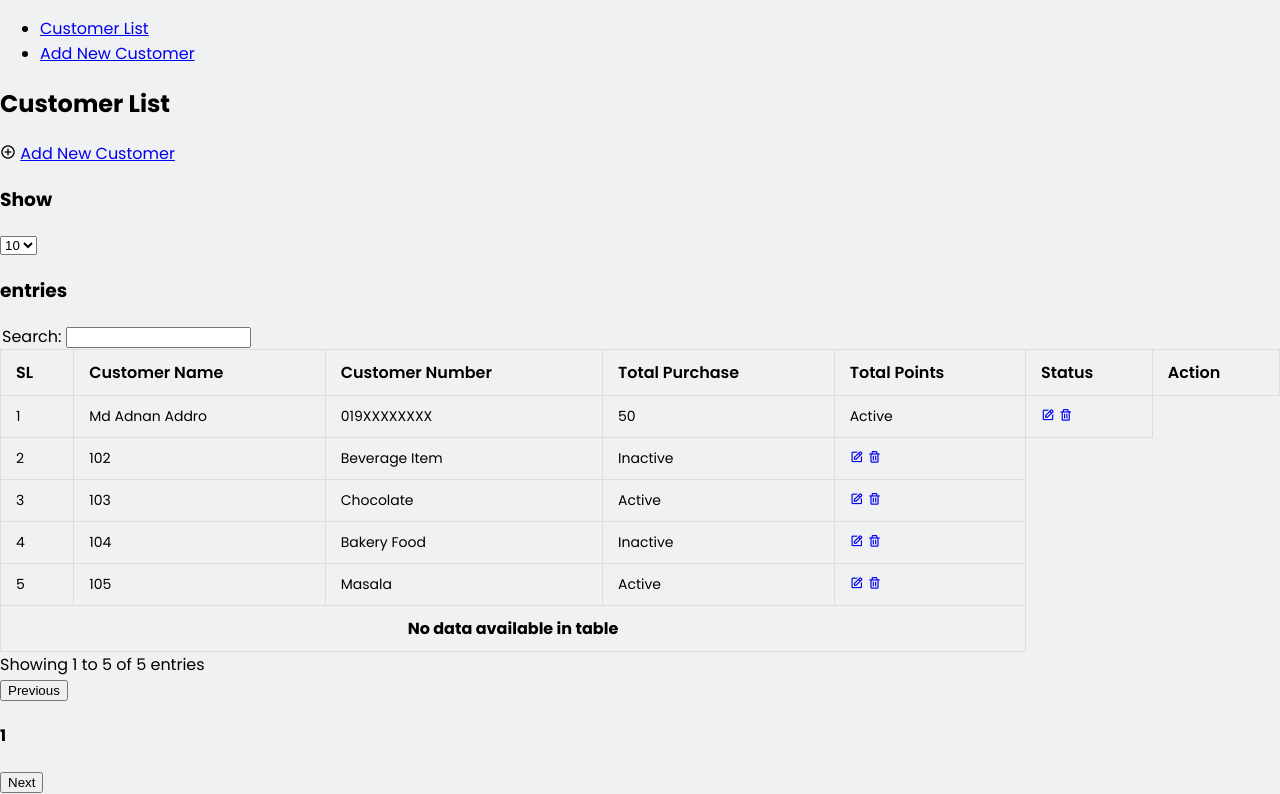
Repository: codebyaddro/customer-page
Page: customer.html
The author's editor kept a copy of each file at every save. The page is drawn from the files as they stood at one save, then again after a run of saves.
The browser window is 1280 px wide. The pictures show the whole page.

Above is the page before, as saved 2025-02-20 14:01:19.

### customer.html
<!DOCTYPE html>
<html lang="en">
<head>
    <meta charset="UTF-8">
    <meta name="viewport" content="width=device-width, initial-scale=1.0">
    <!-- CSS -->
    <link rel="stylesheet" href="css/customer.css">
    <!-- Icons -->
    <link href='https://unpkg.com/boxicons@2.1.4/css/boxicons.min.css' rel='stylesheet'>
    <title>Customer - Page</title>
</head>
<body>
    <div class="cba-customer-container">
        <div class="cba-cusc-top-menus">
            <ul>
                <li><a href="/index.html" class="-cba-cusc-active-menu">Customer List</a></li>
                <li><a href="/inner-pages/html/anc.html" class="cba-cusc-light-up">Add New Customer</a></li>
            </ul>
        </div>
        <div class="cba-cusc-list-container">
            <div class="cba-cusc-heading-add-new-btn">
                <div class="cba-cusc-heading">
                    <h2>Customer List</h2>
                </div>
                <div class="cba-cusc-add-new-btn">
                    <i class='cba-cusc-add-icon bx bx-plus-circle'></i>
                    <a href="/inner-pages/html/anc.html">Add New Customer</a>
                </div>
            </div>
            <div class="cba-cusc-list-short-dpdwn-search-box">
                <div class="cba-cusc-list-short-dpdwn">
                    <h3>Show</h3>
                    <select name="10" id="">
                        <option value="">10</option>
                        <option value="">20</option>
                        <option value="">30</option>
                        <option value="">All</option>
                    </select>
                    <h3>entries</h3>
                </div>
                <div class="cba-cusc-search-box">
                    <legend>Search: <input type="text"></legend>
                </div>
            </div>
            <div class="cba-cusc-table-list">
                <table>
                    <thead>
                        <tr>
                            <th title="SL">SL</th>
                            <th title="Code">Customer Name</th>
                            <th title="Category Name">Customer Number</th>
                            <th title="Status">Total Purchase</th>
                            <th title="Status">Total Points</th>
                            <th title="Status">Status</th>
                            <th title="Action">Action</th>
                        </tr>
                    </thead>
                    <tbody>
                        <tr>
                            <td>1</td>
                            <td>Md Adnan Addro</td>
                            <td>019XXXXXXXX</td>
                            <td>50</td>
                            <td><span class="cba-cusc-active">Active</span></td>
                            <td>
                                <a title="Edit" href="#"><i class='cba-cusc-edit-icon bx bx-edit'></i></a>
                                <a title="Delete" href="#"><i class='cba-cusc-delete-icon bx bx-trash'></i></a>
                            </td>
                        </tr>
                        <tr>
                            <td>2</td>
                            <td>102</td>
                            <td>Beverage Item</td>
                            <td><span class="cba-cusc-inactive">Inactive</span></td>
                            <td>
                                <a title="Edit" href="#"><i class='cba-cusc-edit-icon bx bx-edit'></i></a>
                                <a title="Delete" href="#"><i class='cba-cusc-delete-icon bx bx-trash'></i></a>
                            </td>
                        </tr>
                        <tr>
                            <td>3</td>
                            <td>103</td>
                            <td>Chocolate</td>
                            <td><span class="cba-cusc-active">Active</span></td>
                            <td>
                                <a title="Edit" href="#"><i class='cba-cusc-edit-icon bx bx-edit'></i></a>
                                <a title="Delete" href="#"><i class='cba-cusc-delete-icon bx bx-trash'></i></a>
                            </td>
                        </tr>
                        <tr>
                            <td>4</td>
                            <td>104</td>
                            <td>Bakery Food</td>
                            <td><span class="cba-cusc-inactive">Inactive</span></td>
                            <td>
                                <a title="Edit" href="#"><i class='cba-cusc-edit-icon bx bx-edit'></i></a>
                                <a title="Delete" href="#"><i class='cba-cusc-delete-icon bx bx-trash'></i></a>
                            </td>
                        </tr>
                        <tr>
                            <td>5</td>
                            <td>105</td>
                            <td>Masala</td>
                            <td><span class="cba-cusc-active">Active</span></td>
                            <td>
                                <a title="Edit" href="#"><i class='cba-cusc-edit-icon bx bx-edit'></i></a>
                                <a title="Delete" href="#"><i class='cba-cusc-delete-icon bx bx-trash'></i></a>
                            </td>
                        </tr>
                        <tr class="cba-cusc-no-data-available">
                            <th colspan="5">No data available in table</th>
                        </tr>
                    </tbody>
                </table>
            </div>
            <div class="cba-cusc-entries-details-list-page-btn">
                <div class="cba-cusc-entries-details">
                    Showing <span>1</span> to <span>5</span> of <span>5</span> entries
                </div>
                <div class="cba-cusc-list-page-btn">
                    <button>Previous</button>
                    <h4><span>1</span></h4>
                    <button>Next</button>
                </div>
            </div>
        </div>
    </div>
</body>
</html>

### css/customer.css
/* -- fonts -- */
@import url('https://fonts.googleapis.com/css2?family=Poppins:ital,wght@0,100;0,200;0,300;0,400;0,500;0,600;0,700;0,800;0,900;1,100;1,200;1,300;1,400;1,500;1,600;1,700;1,800;1,900&family=Raleway:ital,wght@0,100..900;1,100..900&family=Roboto:ital,wght@0,100;0,300;0,400;0,500;0,700;0,900;1,100;1,300;1,400;1,500;1,700;1,900&family=VT323&display=swap');

/* -- root -- */

:root {
    --gray-white: #F0F1F2; /* For body*/
    --white: #FFFFFF;
    --black: #000000;
    --gray-black: #DDDDDD;
    --light-black: #212523;
    --light-black-op: #21252350;
    --main-green: #157343;
    --main-light: #37A000;
    --light-orange: #FD7E14;
    --green: #008000;
    --light-green: #e9f6ec;
    --red: #FF0000;
    --light-red: #fbeaec;
}

/* ---------- */

* {
    box-sizing: border-box;
}

body {
    margin: 0;
    padding: 0;
    font-family: "Poppins", serif;
    background-color: var(--gray-white);
}

::selection {
    color: var(--white);
    background-color: var(--main-light);
}

/* -- category container style -- */

.category-container {
    width: 100%;
    margin-top: 25px;
}

/* -- top menus style--  */

.top-menus {
    background-color: var(--white);
    display: flex;
    justify-content: left;
    align-items: center;
    height: 60px;
    margin-bottom: 15px;
}

.top-menus ul {
    list-style-type: none;
    display: flex;
    gap: 30px;
    margin-left: -20px;
}

.top-menus ul li a {
    text-decoration: none;
    color: var(--black);
    font-size: 15px;
    font-weight: 500;
}

/* -- active menu style -- */

.active-menu {
    color: var(--white)!important;
    background-color: var(--main-green);
    padding: 8px 12px;
    border-radius: 5px;
}

/* -- menu hover style -- */

.light-up:hover {
    color: var(--light-orange);
}

/* -- list container style -- */

.list-container {
    background-color: var(--white);
    padding: 0px 20px;
}

/* -- heading-add-new-btn style -- */

.heading-add-new-btn {
    display: flex;
    justify-content: space-between;
    align-items: center;
    border-bottom: 1px solid var(--gray-black) ;
}

.heading h2 {
    color: var(--light-black);
    font-size: 25px;
    font-weight: 500;
}

/* -- add-new-btn style -- */

.add-new-btn {
    display: flex;
    gap: 5px;
    justify-content: baseline;
    align-items: center;
}

.add-new-btn {
    background-color: var(--main-green);
    padding: 5px 10px;
    border-radius: 5px;
}

.add-new-btn a {
    color: var(--white);
    text-decoration: none;
}

.add-icon {
    color: var(--white);
    font-size: 20px;
}

/* -- list-short-dpdwn-search-box style -- */

.list-short-dpdwn-search-box {
    display: flex;
    justify-content: space-between;
    align-items: center;
    padding: 10px 0px;
}

/* -- list-short-dpdwn style -- */

.list-short-dpdwn {
    display: flex;
    gap: 7.5px;
    align-items: center;
}

.list-short-dpdwn h3 {
    color: var(--light-black);
    font-size: 15px;
    font-weight: 500;
}

.list-short-dpdwn select {
    color: var(--light-black);
    appearance: none;
    height: 25px;
    width: 30px;
    padding-left: 6px;
    outline: none;
    border-radius: 2.5px;
}

/* -- search-box style -- */

.search-box {
    display: flex;
    align-items: center;
}

.search-box legend {
    color: var(--light-black);
}

.search-box input {
    outline: none;
    height: 25px;
    width: 193px;
    border: 1px solid var(--gray-black);
}

/* -- table-list style --*/

table {
    border-collapse: collapse;
    width: 100%;
}

@media (max-width: 768px) {
    table {
        width: 100%;
        padding: 0rem;
        display: block;
        overflow-x: scroll;
        overflow-y: hidden;
        scrollbar-width: thin;
        scrollbar-color: var(--black);
    }
}

/* -- thead style -- */

thead {
    cursor: pointer;
}

th, td {
    border: 1px solid var(--gray-black);
    padding: 10px 15px;
}

thead tr th {
    font-size: 1rem;
    font-weight: 600;
    text-align: left;
}

tbody tr td {
    font-size: 0.875rem;
}

tbody tr:hover {
    background-color: var(--gray-white);
}

/* -- tbody style -- */

/* status style */

.active {
    color: var(--green);
    background-color: var(--light-green);
    font-size: 12px;
    font-weight: 500;
    padding: 2.5px 7.5px;
    border-radius: 5px;
}

.inactive {
    color: var(--red);
    background-color: var(--light-red);
    font-size: 12px;
    font-weight: 500;
    padding: 2.5px 7.5px;
    border-radius: 5px;
}

/* -- action style -- */

.edit-icon {
    color: var(--green);
    background-color: var(--light-green);
    padding: 7px 7px;
    margin-right: 2.5px;
    border: 1px solid var(--green);
    font-size: 20px;
}

.edit-icon:hover {
    background-color: var(--light-black-op);
}

.delete-icon {
    color: var(--red);
    background-color: var(--light-red);
    padding: 7px 7px;
    margin-left: 2.5px;
    border: 1px solid var(--red);
    font-size: 20px;
}

.delete-icon:hover {
    background-color: var(--light-black-op);
}

/* -- no data style */

.no-data-available th {
    font-size: 14px;
    font-weight:500;
    color: var(--black);
    background-color: var(--gray-white);
}

/* -- entries-details-list-page-btn style -- */

.entries-details-list-page-btn {
    display: flex;
    justify-content: space-between;
    align-items: center;
    padding: 10px 0px;
}

.entries-details {
    color: var(--black);
    font-size: 15px;
}

.list-page-btn {
    display: flex;
    gap: 5px;
    align-items: center;
}

.list-page-btn button {
    color: var(--light-black);
    background-color: var(--gray-white);
    padding: 8px 14px;
    border: none;
    border-radius: 5px;
    cursor: pointer;
}

.list-page-btn h4 {
    color: var(--white);
    background-color: var(--main-light);
    font-size: 15px;
    font-weight: 400;
    padding: 3px 12px;
    border-radius: 5px;
}

After the next 2 saves:
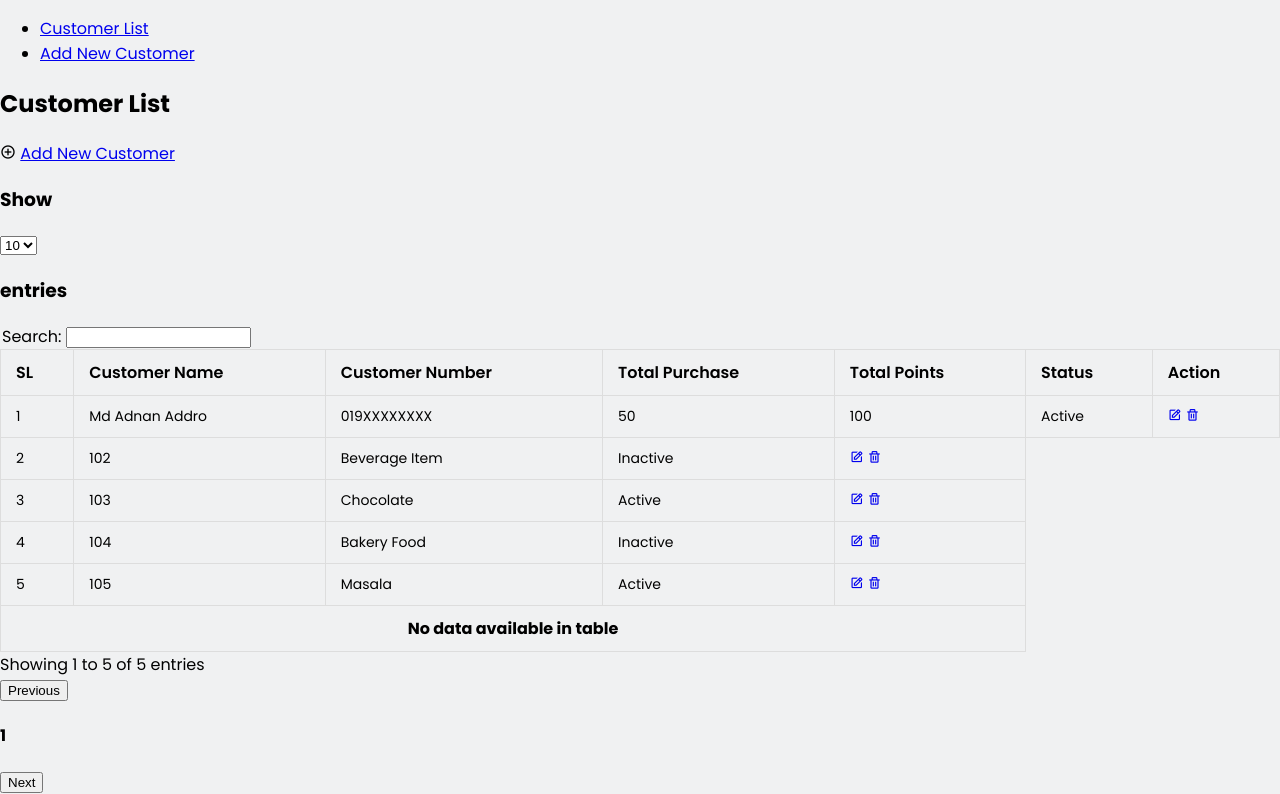
The 2 saves are shown as one change because they came seconds apart.
The last was saved 38 s later.
--- a/customer.html
+++ b/customer.html
@@ -61,6 +61,7 @@
                             <td>Md Adnan Addro</td>
                             <td>019XXXXXXXX</td>
                             <td>50</td>
+                            <td>100</td>
                             <td><span class="cba-cusc-active">Active</span></td>
                             <td>
                                 <a title="Edit" href="#"><i class='cba-cusc-edit-icon bx bx-edit'></i></a>
